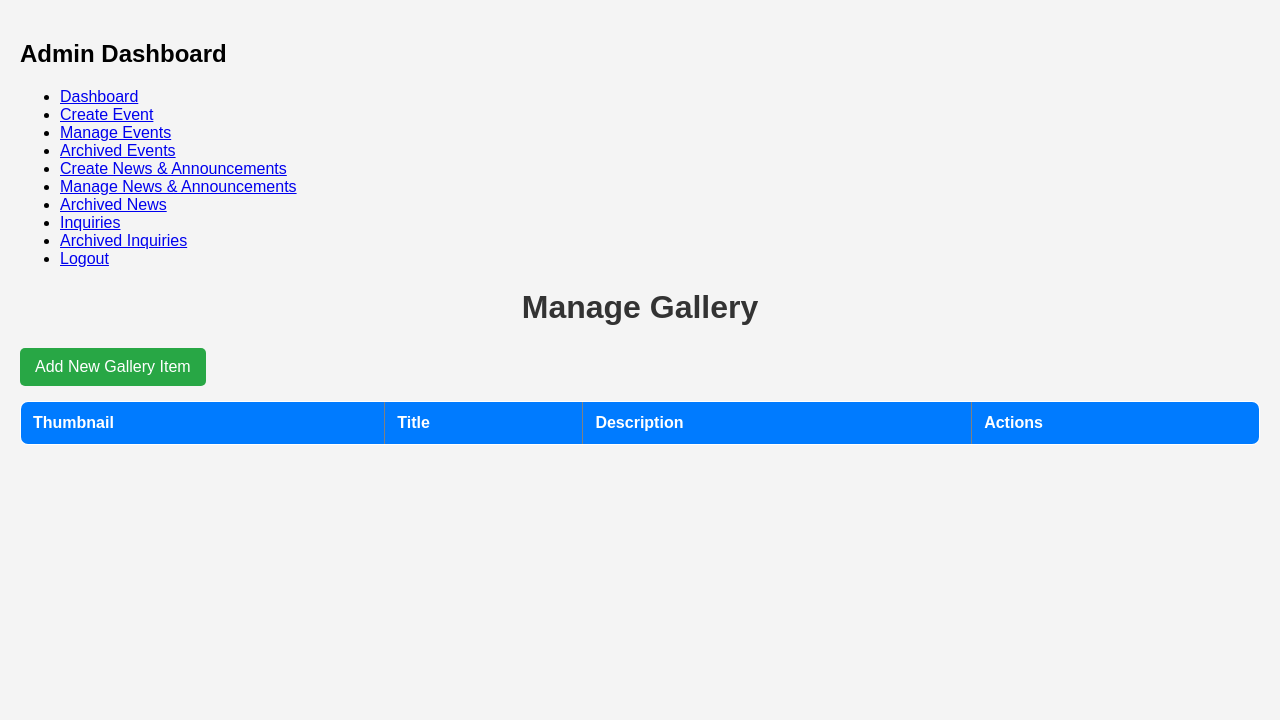
Repository: KharonKade/Capstone
Page: http://localhost/admin_gallery.php
The author's editor kept a copy of each file at every save. The page is drawn from the files as they stood at one save, then again after the next save.
The browser window is 1280 px wide. The pictures show the whole page.
The page is run by PHP 8.4 with error messages shown; the project is at /var/www/html/. Queries for data that is not in the repository find no rows.

Above is the page before, as saved 2025-03-22 10:52:51.

### admin_gallery.php
<?php
// Database Connection
$host = "localhost";
$username = "root";
$password = "";
$database = "basf_gallery";

$conn = new mysqli($host, $username, $password, $database);
if ($conn->connect_error) {
    die("Connection failed: " . $conn->connect_error);
}

// Fetch Gallery Items
$sql = "SELECT * FROM gallery";
$result = $conn->query($sql);
?>

<!DOCTYPE html>
<html lang="en">
<head>
    <meta charset="UTF-8">
    <meta name="viewport" content="width=device-width, initial-scale=1.0">
    <title>Manage Gallery</title>
    <link rel="stylesheet" href="Css/admin_gallery.css">
</head>
<body>
<div class="admin-container">
        <nav class="sidebar">
            <h2>Admin Dashboard</h2>
            <ul>
                <li><a href="/dashboard">Dashboard</a></li>
                <li><a href="admin.html">Create Event</a></li>
                <li><a href="manage_upcoming.php">Manage Events</a></li>
                <li><a href="archived_events.php">Archived Events</a></li>
                <li><a href="create_news.html">Create News & Announcements</a></li>
                <li><a href="manage_news.php">Manage News & Announcements</a></li>
                <li><a href="archived_news.php">Archived News</a></li>
                <li><a href="view_inquiries.php">Inquiries</a></li>
                <li><a href="archived_inquiries.php">Archived Inquiries</a></li>
                <li><a href="/logout">Logout</a></li>
            </ul>
        </nav>

        <h1>Manage Gallery</h1>
        <a href="add_gallery.php" class="btn">Add New Gallery Item</a>

        <table border="1">
            <tr>
                <th>Thumbnail</th>
                <th>Title</th>
                <th>Description</th>
                <th>Actions</th>
            </tr>

            <?php while ($row = $result->fetch_assoc()): ?>
            <tr>
                <td><img src="<?php echo $row['thumbnail']; ?>" width="100"></td>
                <td><?php echo $row['title']; ?></td>
                <td><?php echo $row['description']; ?></td>
                <td>
                    <a href="edit_gallery.php?id=<?php echo $row['id']; ?>">Edit</a> |
                    <a href="delete_gallery.php?id=<?php echo $row['id']; ?>" onclick="return confirm('Are you sure?')">Delete</a>
                </td>
            </tr>
            <?php endwhile; ?>
        </table>
</div>

    </body>
    </html>

    <?php $conn->close(); ?>

### Css/admin_gallery.css
body {
    font-family: Arial, sans-serif;
    background-color: #f4f4f4;
    margin: 0;
    padding: 20px;
}

h1 {
    text-align: center;
    color: #333;
}

.btn {
    display: inline-block;
    background-color: #28a745;
    color: white;
    padding: 10px 15px;
    text-decoration: none;
    border-radius: 5px;
    margin-bottom: 15px;
}

.btn:hover {
    background-color: #218838;
}

table {
    width: 100%;
    border-collapse: collapse;
    background: white;
    border-radius: 8px;
    overflow: hidden;
}

th, td {
    padding: 12px;
    text-align: left;
    border-bottom: 1px solid #ddd;
}

th {
    background-color: #007bff;
    color: white;
}

tr:hover {
    background-color: #f1f1f1;
}

img {
    border-radius: 5px;
    box-shadow: 2px 2px 5px rgba(0, 0, 0, 0.2);
}

/* Form Styling */
form {
    background: white;
    padding: 20px;
    border-radius: 8px;
    box-shadow: 0 4px 8px rgba(0, 0, 0, 0.1);
    width: 400px;
    margin: auto;
}

label {
    font-weight: bold;
    display: block;
    margin-top: 10px;
}

input, textarea {
    width: 100%;
    padding: 8px;
    margin-top: 5px;
    border: 1px solid #ccc;
    border-radius: 4px;
}

button {
    margin-top: 15px;
    background-color: #007bff;
    color: white;
    padding: 10px;
    border: none;
    border-radius: 5px;
    cursor: pointer;
    width: 100%;
}

button:hover {
    background-color: #0056b3;
}

After the next save:
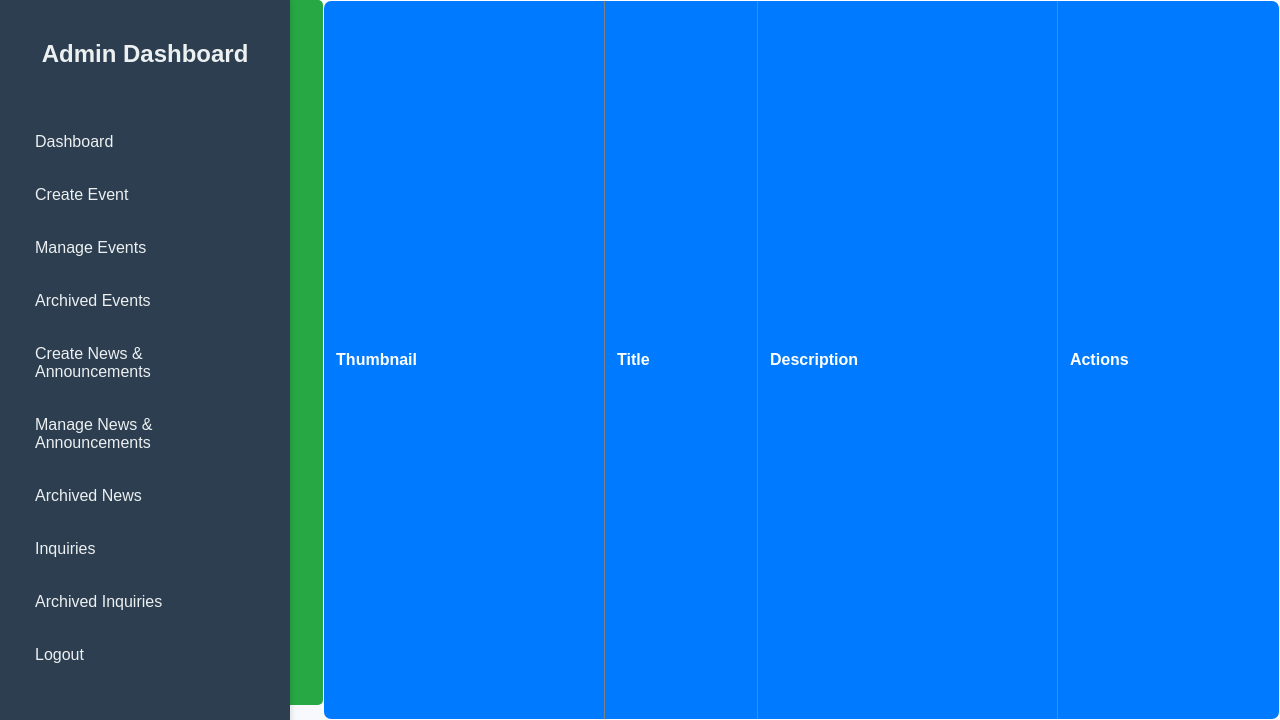
Saved 41 s later.
--- a/Css/admin_gallery.css
+++ b/Css/admin_gallery.css
@@ -1,9 +1,59 @@
 body {
-    font-family: Arial, sans-serif;
-    background-color: #f4f4f4;
+    font-family: 'Arial', sans-serif;
     margin: 0;
+    padding: 0;
+    background: #f7f9fc;
+    color: #333;
+}
+
+.admin-container {
+    display: flex;
+    min-height: 100vh;
+}
+
+/* Sidebar */
+.sidebar {
+    width: 250px;
+    background: #2c3e50;
+    color: #ecf0f1;
     padding: 20px;
+    box-shadow: 2px 0 5px rgba(0, 0, 0, 0.1);
+    display: flex;
+    flex-direction: column;
+    gap: 20px;
+    position: fixed;
+    height: 100%;
 }
+
+.sidebar h2 {
+    text-align: center;
+    font-size: 1.5rem;
+    margin-bottom: 20px;
+}
+
+.sidebar ul {
+    list-style: none;
+    padding: 0;
+    margin: 0;
+}
+
+.sidebar ul li {
+    margin: 15px 0;
+}
+
+.sidebar ul li a {
+    text-decoration: none;
+    color: #ecf0f1;
+    padding: 10px 15px;
+    display: block;
+    border-radius: 5px;
+    transition: background 0.3s;
+}
+
+.sidebar ul li a:hover {
+    background: #34495e;
+}
+
 
 h1 {
     text-align: center;
